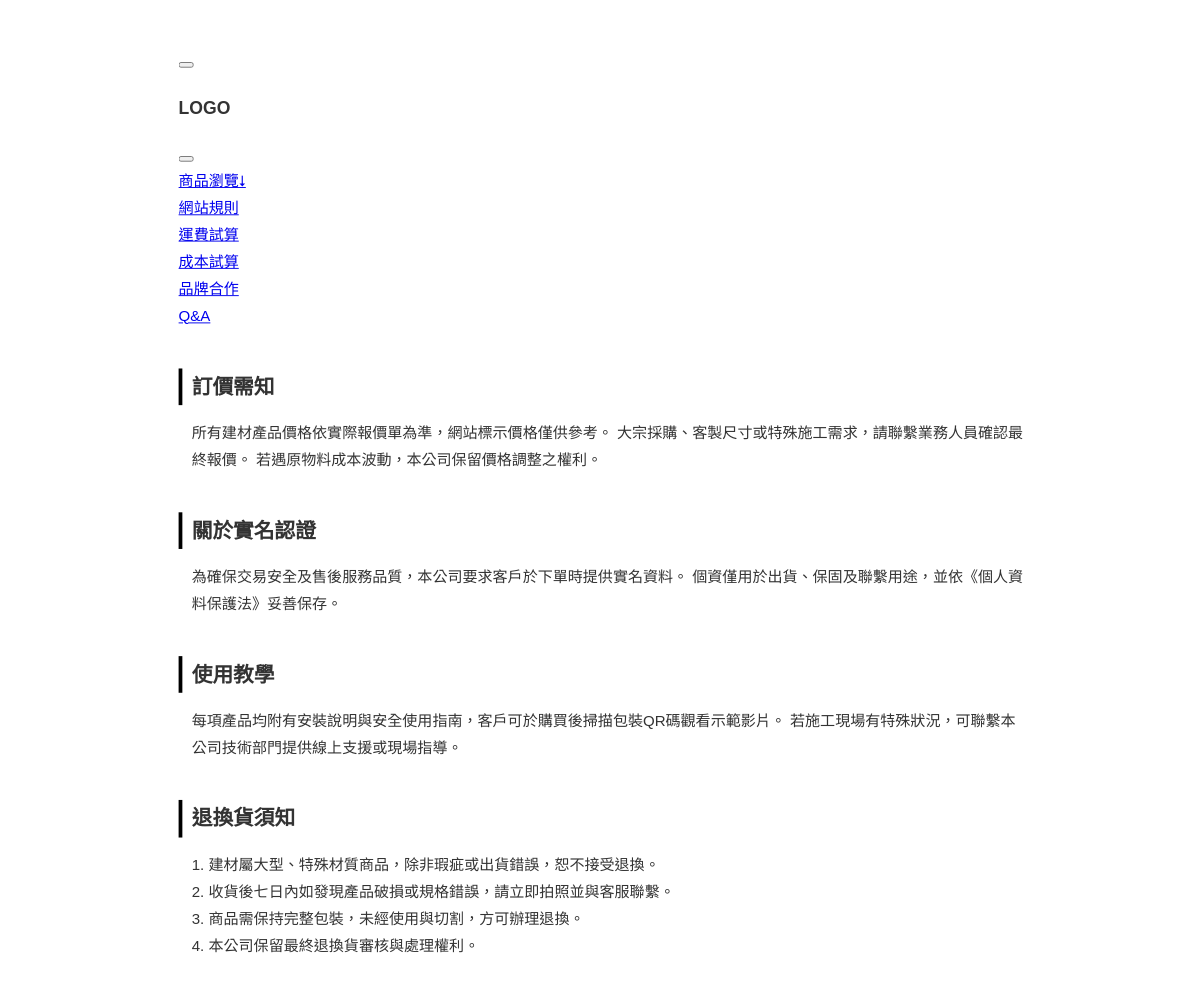
Repository: Jeffrey0117/wood
Page: refund.html
The author's editor kept a copy of each file at every save. The page is drawn from the files as they stood at one save, then again after the next save.
The browser window is 1280 px wide. The pictures show the whole page, at 94% of full size.
Some web libraries are served in a nearby version.

Above is the page before, as saved 2025-10-31 19:51:56.

### refund.html
<!DOCTYPE html>
<html lang="zh-Hant">
<head>
  <meta charset="UTF-8">
  <title>退換貨須知 | 建材公司</title>
  <style>
    body {
      font-family: "Microsoft JhengHei", sans-serif;
      line-height: 1.8;
      color: #333;
      max-width: 900px;
      margin: 50px auto;
      padding: 0 20px;
    }
    h2 {
      font-size: 22px;
      font-weight: 700;
      margin-top: 40px;
      margin-bottom: 10px;
      border-left: 4px solid #000;
      padding-left: 10px;
    }
    p {
      margin-left: 14px;
      margin-bottom: 20px;
    }
  </style>
</head>
<!-- Header -->
<header class="flex items-center transition-[height] shrink-0 bg-background h-(--header-height)" id="header" data-kt-sticky="true" data-kt-sticky-class="transition-[height] fixed z-10 top-0 left-0 right-0 shadow-xs backdrop-blur-md bg-background/70 border border-border" data-kt-sticky-name="header" data-kt-sticky-offset="100px">
  <!-- Container -->
  <div class="kt-container-fixed flex lg:justify-between items-center gap-2.5">
    <!-- Logo -->
    <div class="flex items-center gap-1 lg:w-[400px] grow lg:grow-0">
      <button class="kt-btn kt-btn-icon kt-btn-ghost -ms-2.5 lg:hidden" data-kt-drawer-toggle="#navbar">
        <i class="ki-filled ki-menu"></i>
      </button>
      <div class="flex items-center gap-2">
        <h3 class="text-mono text-lg font-medium hidden md:block">LOGO</h3>
      </div>
    </div>
    <!-- End of Logo -->

    <!-- Topbar -->
    <div class="flex items-center gap-2 lg:gap-4 lg:w-[400px] justify-end">
      <button class="kt-btn kt-btn-icon kt-btn-ghost size-9 relative rounded-full hover:bg-primary/10 [&.active]:bg-primary/10 hover:[&_i]:text-primary [&.active]:[&_i]:text-primary">
        <i class="ki-filled ki-handcart text-lg text-xl"></i>
      </button>
    </div>
    <!-- End of Topbar -->
  </div>
  <!-- End of Container -->
</header>
<!-- End of Header -->

<!-- Navbar -->
<div class="bg-muted hidden lg:flex lg:items-stretch border-y border-input lg:mb-10 [--kt-drawer-enable:true] lg:[--kt-drawer-enable:false]" id="navbar" data-kt-drawer="true" data-kt-drawer-class="kt-drawer kt-drawer-start fixed z-10 top-0 bottom-0 w-full me-5 max-w-[250px] p-5 lg:p-0 overflow-auto">
  <div class="kt-container-fixed lg:flex lg:flex-wrap lg:justify-between lg:items-center gap-2 px-0 lg:px-7.5">
    <div class="kt-menu items-stretch flex-col lg:flex-row gap-5 lg:gap-7.5 grow lg:grow-0" id="mega_menu">

      <!-- 商品瀏覽 -->
      <div class="kt-menu-item">
        <a href="#" class="kt-menu-link lg:py-4 text-foreground text-sm font-medium">
          商品瀏覽⭣
        </a>
      </div>

      <!-- 網站規則 -->
      <div class="kt-menu-item">
        <a href="#" class="kt-menu-link lg:py-4 text-foreground text-sm font-medium">
          網站規則
        </a>
      </div>

      <!-- 運費試算 -->
      <div class="kt-menu-item">
        <a href="#" class="kt-menu-link lg:py-4 text-foreground text-sm font-medium">
          運費試算
        </a>
      </div>

      <!-- 成本試算 -->
      <div class="kt-menu-item">
        <a href="#" class="kt-menu-link lg:py-4 text-foreground text-sm font-medium">
          成本試算
        </a>
      </div>

      <!-- 品牌合作 -->
      <div class="kt-menu-item">
        <a href="#" class="kt-menu-link lg:py-4 text-foreground text-sm font-medium">
          品牌合作
        </a>
      </div>

      <!-- Q&A -->
      <div class="kt-menu-item">
        <a href="#" class="kt-menu-link lg:py-4 text-foreground text-sm font-medium">
          Q&A
        </a>
      </div>

    </div>
  </div>
</div>
<!-- End of Navbar -->

<body>

  <h2>訂價需知</h2>
  <p>
    所有建材產品價格依實際報價單為準，網站標示價格僅供參考。
    大宗採購、客製尺寸或特殊施工需求，請聯繫業務人員確認最終報價。
    若遇原物料成本波動，本公司保留價格調整之權利。
  </p>

  <h2>關於實名認證</h2>
  <p>
    為確保交易安全及售後服務品質，本公司要求客戶於下單時提供實名資料。
    個資僅用於出貨、保固及聯繫用途，並依《個人資料保護法》妥善保存。
  </p>

  <h2>使用教學</h2>
  <p>
    每項產品均附有安裝說明與安全使用指南，客戶可於購買後掃描包裝QR碼觀看示範影片。
    若施工現場有特殊狀況，可聯繫本公司技術部門提供線上支援或現場指導。
  </p>

  <h2>退換貨須知</h2>
  <p>
    1. 建材屬大型、特殊材質商品，除非瑕疵或出貨錯誤，恕不接受退換。<br>
    2. 收貨後七日內如發現產品破損或規格錯誤，請立即拍照並與客服聯繫。<br>
    3. 商品需保持完整包裝，未經使用與切割，方可辦理退換。<br>
    4. 本公司保留最終退換貨審核與處理權利。
  </p>

</body>
</html>

After the next save:
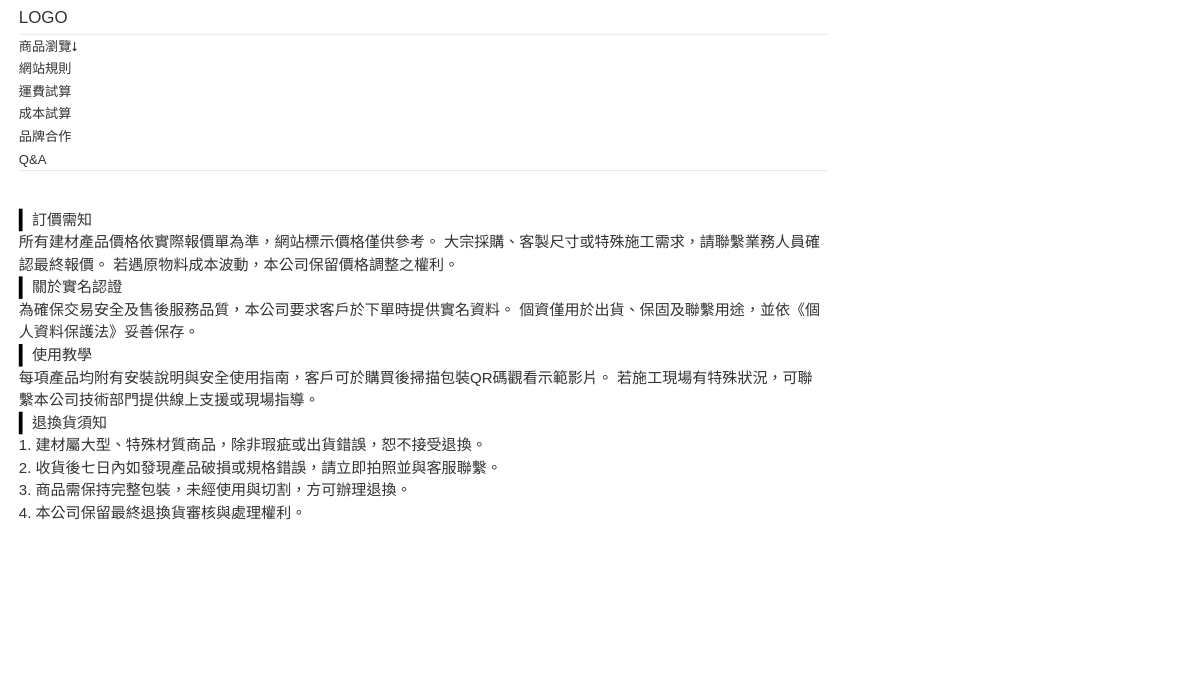
Saved 66 s later.
--- a/refund.html
+++ b/refund.html
@@ -3,6 +3,8 @@
 <head>
   <meta charset="UTF-8">
   <title>退換貨須知 | 建材公司</title>
+  <script src="https://cdn.tailwindcss.com"></script>
+
   <style>
     body {
       font-family: "Microsoft JhengHei", sans-serif;
